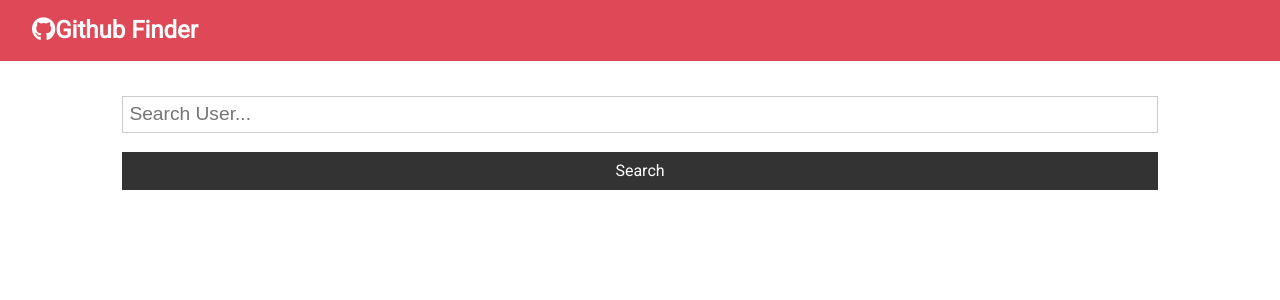
Repository: messimacky/github-finder
Page: /
These files come from the project's save history. The page is drawn as it stood at one moment and after the next save; the edit follows.
The browser window is 1280 px wide. The pictures show the whole page.
Some web libraries are served in a nearby version. The project was rebuilt for these pictures with package versions that can differ from the ones it lists, and the page was loaded fresh each time. A package was used in the major version that the imports need, not the one package.json lists. Also part of the build but not shown: src/users/UserItem.js, src/components/layout/Spinner.js, src/components/layout/Alert.js.

Above is the page before, as saved 2022-02-25 17:05:55.

After the next save:
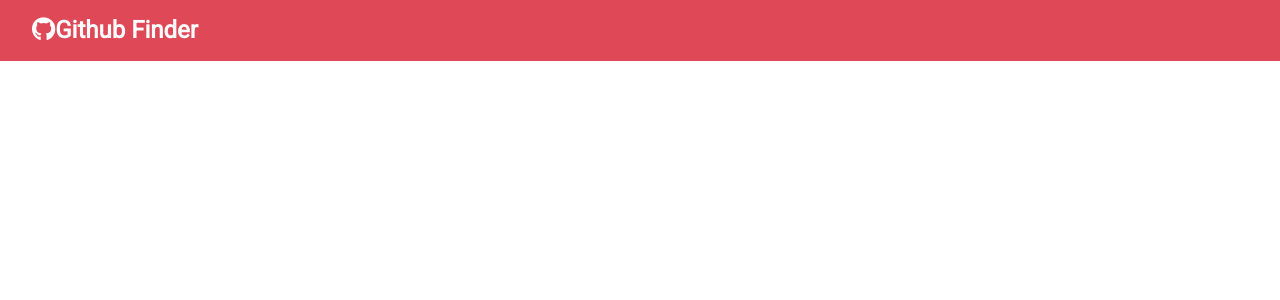
Saved 5 min 56 s later.
--- a/src/App.js
+++ b/src/App.js
@@ -1,6 +1,6 @@
 import React, { Component, Fragment } from 'react';
 
-import { BrowserRouter as Router, Switch, Route } from 'react-router-dom';
+import { BrowserRouter as Router, Routes, Route } from 'react-router-dom';
 //import { browserHistory, Router, Route } from 'react-router-dom';
 //import { BrowserRouter, Routes, Route, } from "react-router-dom";
 import Navbar from './components/layout/Navbar';
@@ -67,7 +67,7 @@
           <Navbar />
           <div className="container">
             <Alert alert={this.state.alert} />
-            <Switch>
+            <Routes>
               <Route exact path='/' render={props => (
                 <Fragment>
                   <Search
@@ -80,7 +80,7 @@
                 </Fragment>
 
               )} />
-            </Switch>
+            </Routes>
 
           </div>
         </div>
